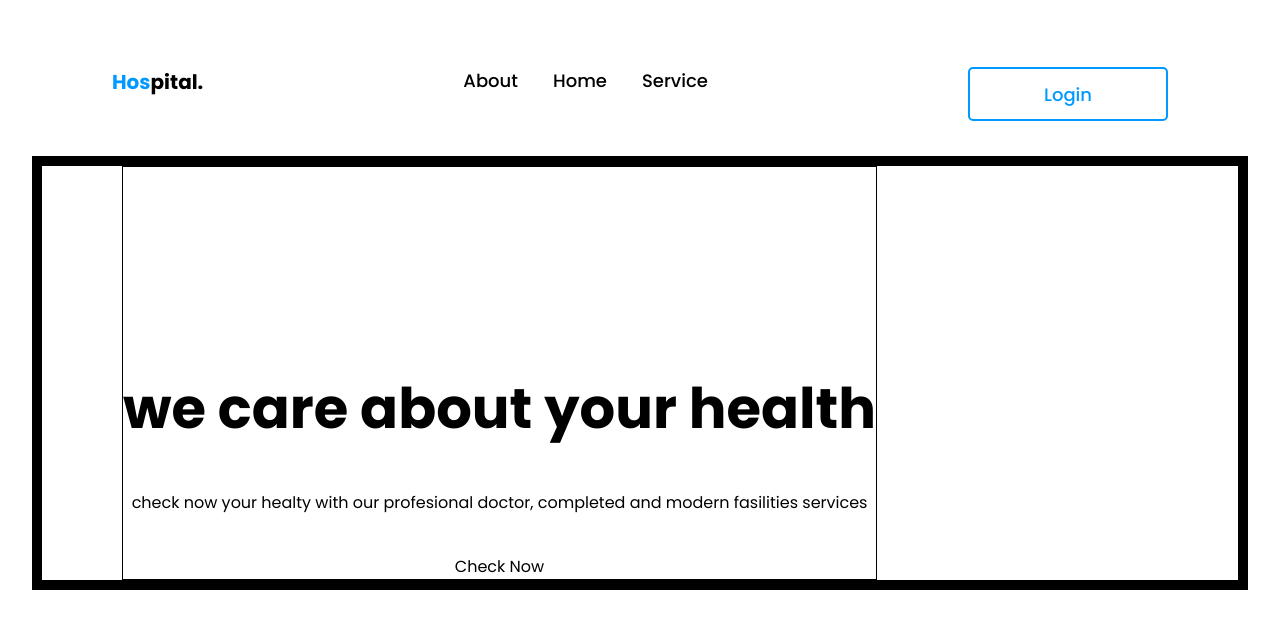
Repository: Chadi2000/hospital-app
Page: /
These files come from the project's save history. The page is drawn as it stood at one moment and after the next save; the edit follows.
The browser window is 1280 px wide. The pictures show the whole page.
The project was rebuilt for these pictures with package versions that can differ from the ones it lists, and the page was loaded fresh each time. Also part of the build but not shown: vite.config.js.

Above is the page before, as saved 2024-08-03 17:53:40.

After the next save:
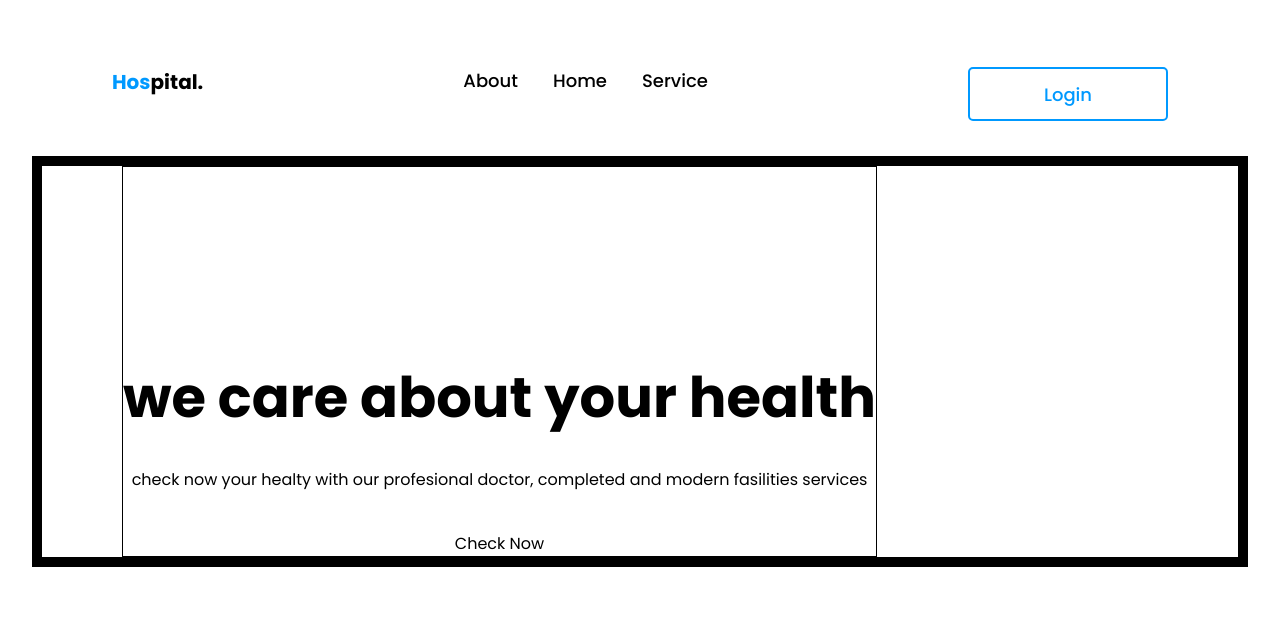
Saved 19 s later.
--- a/src/components/Header.jsx
+++ b/src/components/Header.jsx
@@ -5,7 +5,7 @@ const Header = () => {
     <div className='flex px-[80px] border-[10px]'>
 
       <div className='flex flex-col justify-start gap-10 border-[1px] pt-[200px]'>
-        <h1 className='text-[56px] font-bold leading-[61pxpx]'>we care about your health</h1>
+        <h1 className='text-[56px] font-bold leading-[61px]'>we care about your health</h1>
         <p>check now your healty with our profesional doctor, completed and modern fasilities services</p>
         <div>Check Now</div>
       </div>
